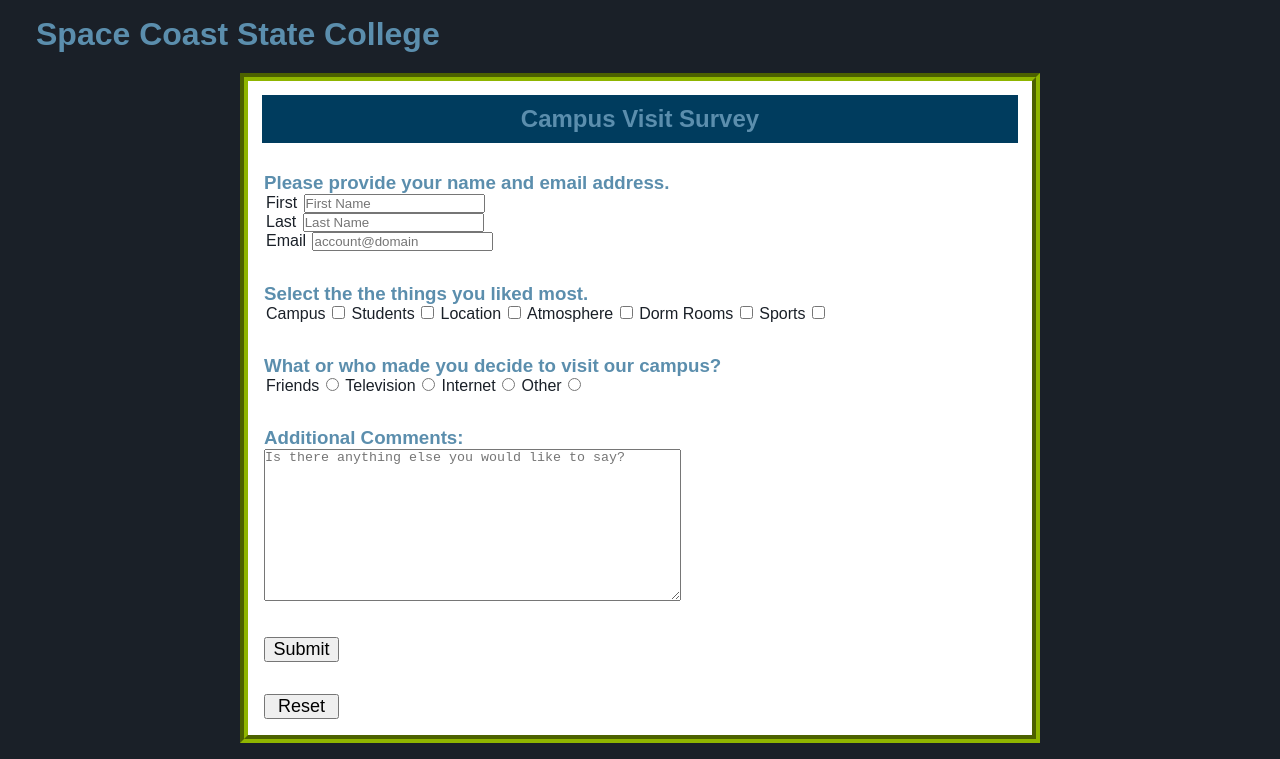
Repository: mlmEFSC21/P2-University-Form
Page: index.html
The author's editor kept a copy of each file at every save. The page is drawn from the files as they stood at one save, then again after the next save.
The browser window is 1280 px wide. The pictures show the whole page.
Some web fonts or font styles are not loaded; a fallback is used.

Above is the page before, as saved 2022-01-29 20:02:42.

After the next save:
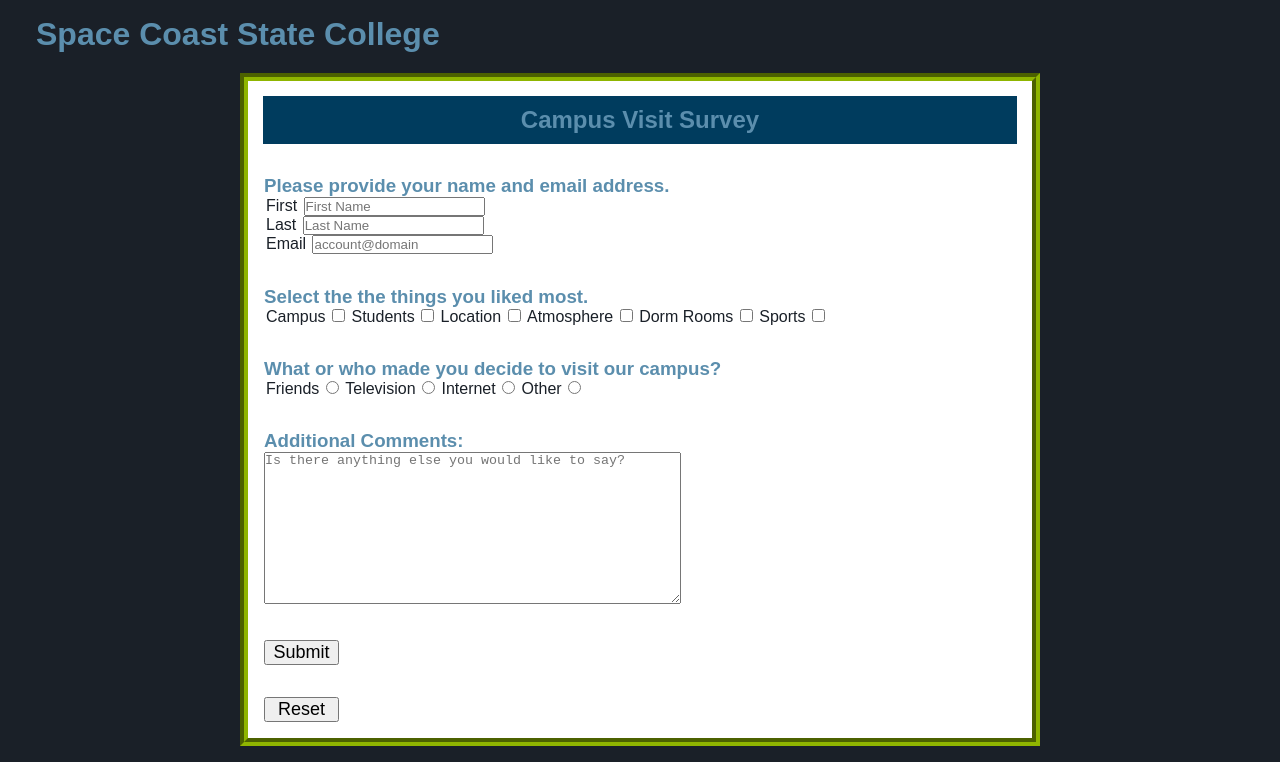
Saved 7 s later.
--- a/uniFormStyles.css
+++ b/uniFormStyles.css
@@ -27,7 +27,7 @@ header {
     margin-bottom: 1.25em;
 }
 h2 {
-    margin: -0.1em;
+    margin: -0.05em;
     background-color: var(--clr-prime);
     border: 10px solid var(--clr-prime);
     text-align: center;
